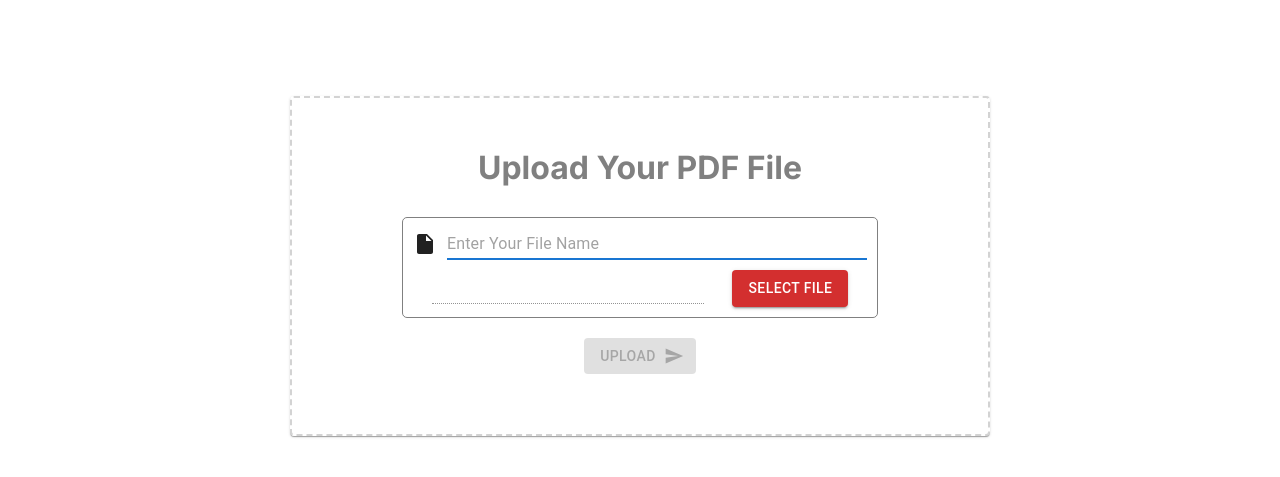
Repository: BhushanPatil-121/pdf-upload-nextjs
Page: /
The author's editor kept a copy of each file at every save. The page is drawn from the files as they stood at one save, then again after the next save.
The browser window is 1280 px wide. The pictures show the whole page.
The project was rebuilt for these pictures with package versions that can differ from the ones it lists, and the page was loaded fresh each time. The framework's server and built-in components were replaced by stand-ins that run in the browser. Also part of the build but not shown: next.config.mjs.

Above is the page before, as saved 2024-02-29 11:18:53.

### src/app/page.tsx
"use client"
import styles from "./page.module.css";
import { styled } from '@mui/material/styles';
import Button from '@mui/material/Button';
import CloudUploadIcon from '@mui/icons-material/CloudUpload';
import { useState } from 'react';
import { Alert, Box, Card, Stack, TextField } from "@mui/material";
import InsertDriveFileIcon from '@mui/icons-material/InsertDriveFile';
import SendIcon from '@mui/icons-material/Send';
import LoadingButton from '@mui/lab/LoadingButton';
import { CloudDownload } from "@mui/icons-material";

const VisuallyHiddenInput = styled('input')({
  clip: 'rect(0 0 0 0)',
  clipPath: 'inset(50%)',
  height: 1,
  overflow: 'hidden',
  position: 'absolute',
  bottom: 0,
  left: 0,
  whiteSpace: 'nowrap',
  width: 1,
});

export default function Home() {
  const [loading, setLoading] = useState(false);
  const [uploading, setUploding] = useState(false);
  const [fileName, setFileName] = useState<string>("")
  const [defaultFileName, setDefaultFileName] = useState<string>("")
  const [file, setFile] = useState<string>("")
  function handleClick(e: any) {
    setLoading(true);
    setTimeout(() => setLoading(false), 3000);
    setTimeout(() => {
      setUploding(true)
      setFileName("")
      setFile("")
    }, 3000);
    setTimeout(() => setUploding(false), 6000);
    e.preventDefault();
    let formData = new FormData();
    formData.append('filename', fileName);
    formData.append('file', file);
    console.log(fileName, file);
  }
  return (
    <main className={styles.main}>
      <Card className={styles.mainContainer}>
        <h1 className={styles.mainHeading}>Upload Your PDF File</h1>
        <form className={styles.mainForm}>
          <div className={styles.mainFormContainer}>
            <div className={styles.mainFormSubContainer1}>
              <InsertDriveFileIcon />
              <Box sx={{width:'100%'}}>
              <TextField
                id="standard-basic"
                fullWidth
                placeholder="Enter Your File Name"
                value={fileName}
                autoFocus
                onChange={(e) => { setFileName(e.target.value) }}
                variant="standard" />
              </Box>
            </div>
            <div className={styles.mainFormSubContainer2}>
              <Box sx={{width:'60%'}}>
              <TextField
                id="standard-multiline-static"
                multiline
                fullWidth
                rows={1}
                disabled
                variant="standard"
                value={defaultFileName}
              />
              </Box>
              <Button
                component="label"
                role={undefined}
                variant="contained"
                tabIndex={-1}
                color={file ? "success" : "error"}
                onChange={(e: any) => {
                  setFile(e.target.files[0]);
                  setDefaultFileName(e.target.files[0].name);
                }}>Select file
                <VisuallyHiddenInput type="file" accept="application/pdf" />
              </Button>
            </div>
          </div>
          <LoadingButton
            onClick={handleClick}
            endIcon={<SendIcon />}
            loading={loading}
            disabled={fileName.length < 1}
            loadingPosition="end"
            variant="contained">
            {
              loading ? "Uploading..." : "Upload"
            }
          </LoadingButton>
        </form>
      </Card>
      {
        uploading &&
        <Stack sx={{ width: '50%' }} spacing={2}>
          <Alert variant="filled" severity="success">
            File Upload Successfully
          </Alert>
        </Stack>
      }
    </main>
  );
}

### src/app/globals.css


* {
  box-sizing: border-box;
  padding: 0;
  margin: 0;
}

html,
body {
  max-width: 100vw;
  overflow-x: hidden;
}


a {
  color: inherit;
  text-decoration: none;
}

### src/app/page.module.css
.main {
  display: flex;
  flex-direction: column;
  justify-content: start;
  gap: 20px;
  align-items: center;
  padding: 6rem 0;
  min-height: 100vh;
}

.mainContainer {
  width: 700px;
  display: flex;
  flex-direction: column;
  justify-content: center;
  align-items: center;
  padding: 50px 100px;
  border-radius: 20px;
  border: dashed 2px lightgrey;
}

.mainHeading {
  color: grey;
}

.mainForm {
  display: flex;
  flex-direction: column;
  align-items: center;
  justify-content: center;
  width: 100%;
  padding: 10px;
  border-radius: 10px;
}

.mainFormContainer {
  display: flex;
  flex-direction: column;
  align-items: center;
  justify-content: center;
  width: 100%;
  height: 100%;
  border: 1px solid grey;
  border-radius: 5px;
  padding: 10px;
  gap: 10px;
  margin: 20px;
}

.mainFormSubContainer1 {
  display: flex;
  flex-direction: row;
  align-items: center;
  justify-content: center;
  gap: 10px;
  width: 100%;
}

.mainFormSubContainer2 {
  display: flex;
  flex-direction: row;
  align-items: center;
  justify-content: space-evenly;
  gap: 10px;
  width: 100%;

}

Loaded but not shown: src/app/layout.tsx (common file)

After the next save:
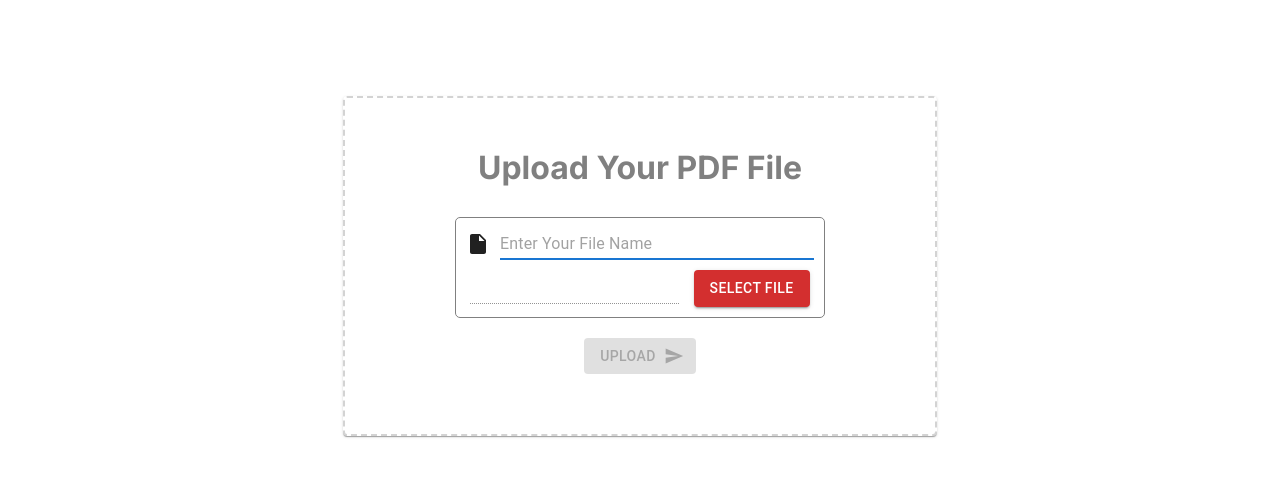
Saved 25 s later.
--- a/src/app/page.module.css
+++ b/src/app/page.module.css
@@ -9,7 +9,7 @@
 }
 
 .mainContainer {
-  width: 700px;
+  /* width: 700px; */
   display: flex;
   flex-direction: column;
   justify-content: center;

After the 4 saves that followed:
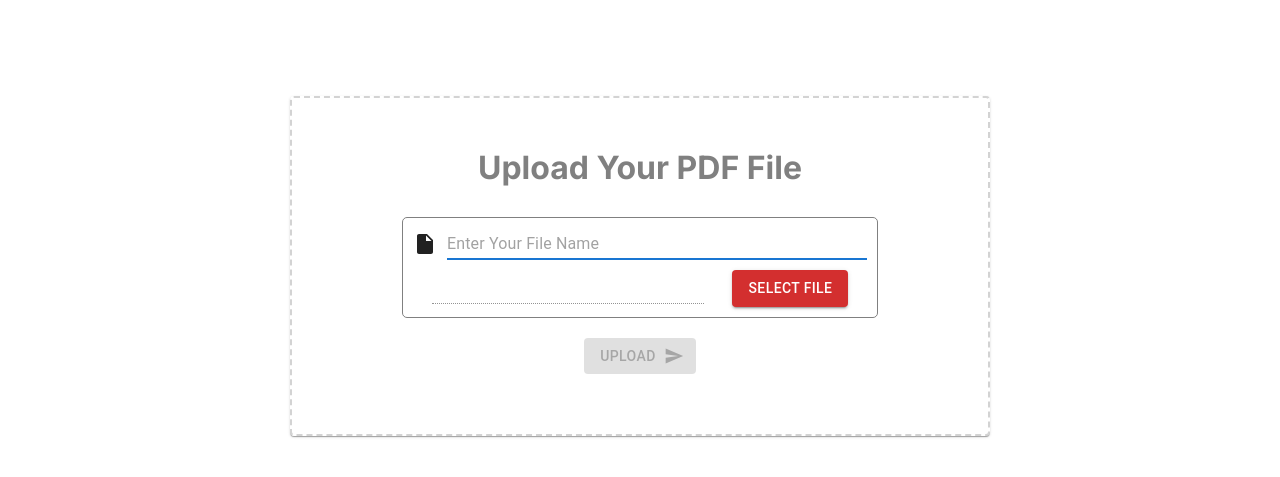
The 4 saves are shown as one change because 2 left the picture as it was and some came seconds apart.
The last was saved 48 s later.
--- a/src/app/page.tsx
+++ b/src/app/page.tsx
@@ -45,7 +45,7 @@ export default function Home() {
   }
   return (
     <main className={styles.main}>
-      <Card className={styles.mainContainer}>
+      <Card sx={{minWidth:"700px"}} className={styles.mainContainer}>
         <h1 className={styles.mainHeading}>Upload Your PDF File</h1>
         <form className={styles.mainForm}>
           <div className={styles.mainFormContainer}>
--- a/src/app/page.module.css
+++ b/src/app/page.module.css
@@ -9,7 +9,6 @@
 }
 
 .mainContainer {
-  /* width: 700px; */
   display: flex;
   flex-direction: column;
   justify-content: center;
